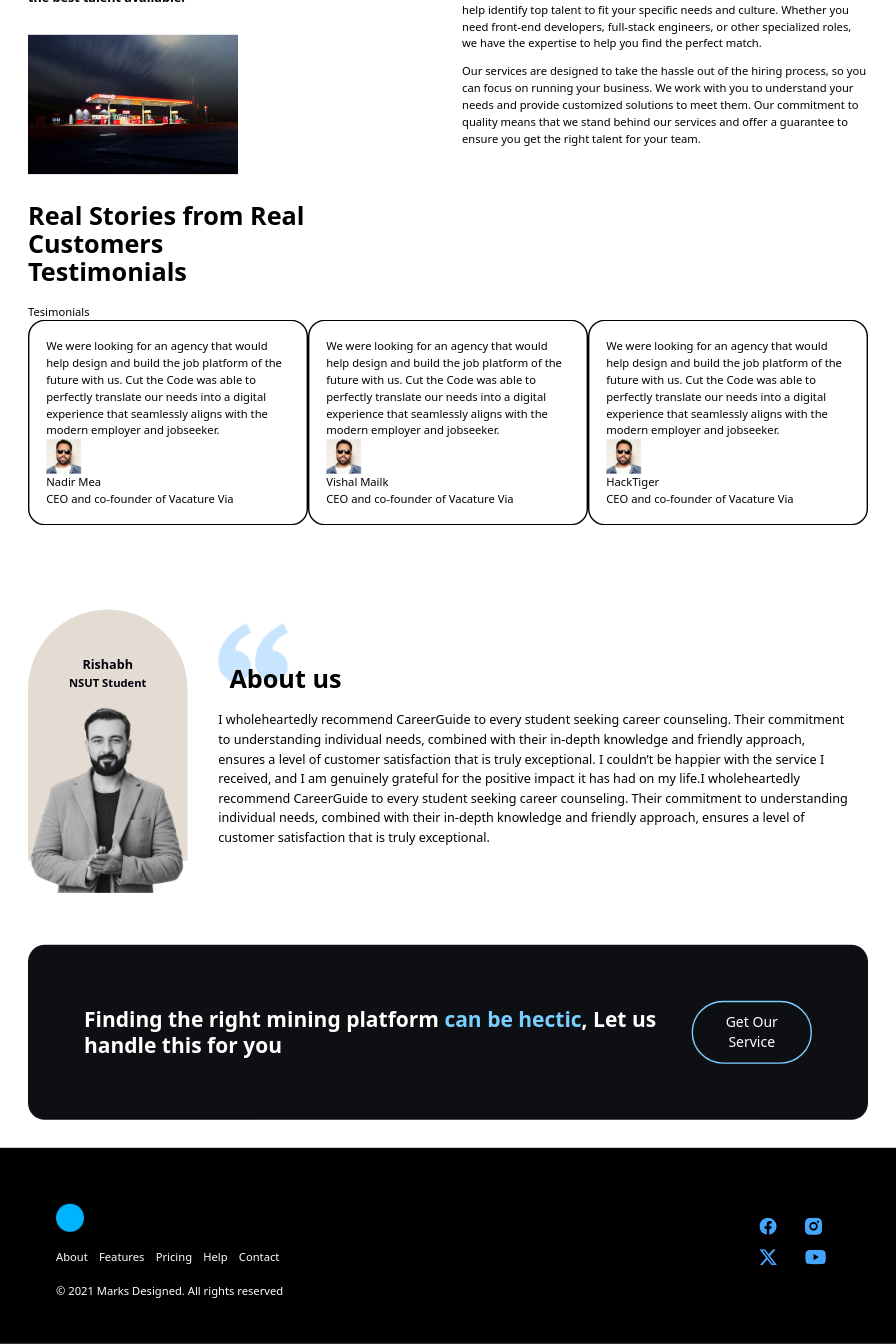
Repository: ayushtenguria/uniteksol
Page: /
These files come from the project's save history. The page is drawn as it stood at one moment and after the next save; the edit follows.
The browser window is 1280 px wide. The pictures show the part of the page from y = 1134 to 3054 px (the page is 3054 px tall before and 3014 px after), at 70% of full size.
The project was rebuilt for these pictures with package versions that can differ from the ones it lists, and the page was loaded fresh each time. The framework's server and built-in components were replaced by stand-ins that run in the browser. Also part of the build but not shown: next.config.mjs.

Above is the page before, as saved 2024-02-23 21:05:02.

### pages/index.js
import Image from "next/image";
import { Inter } from "next/font/google";
import Layout from "@/components/Layout";
import Hero from "@/components/Hero";
import CompanyLogos from "@/components/companyLogos";
import Story from "@/components/Story";
import ServiceBanner from "@/components/serviceBanner";
import About from "@/components/About";
import Testimonials from "@/components/Testimonials";

const inter = Inter({ subsets: ["latin"] });

export default function Home() {
  return (
    <Layout>
      <Hero></Hero>
      <CompanyLogos></CompanyLogos>
      <Story></Story>
      <Testimonials></Testimonials>
      <About></About>
      <ServiceBanner></ServiceBanner>
    </Layout>
  );
}

### styles/globals.css
@tailwind base;
@tailwind components;
@tailwind utilities;

/* 79CFFF */

.btn-blue{
  background-color: #79CFFF;
  border-radius: 50px;
  padding: 5px 10px;
  font-weight: 500;
  margin-left: 4px;
}

.btn-black{
  background-color: #333333;
  color: #79CFFF;
  border-radius: 50px;
  padding: 15px 40px;
  font-weight: 500;
}

.btn-blueht{
  background-color: #0E0F13;
  color: #ffffff;
  border-radius: 50px;
  border: 2px solid #79CFFF;
  padding: 15px 40px;
  font-weight: 500;
}

### components/Layout.js
import Footer from "./Footer";
import Nav from "./Nav";

export default function Layout({children}){
    return(
        <div className="">
            <Nav></Nav>
                {children}
            <Footer></Footer>
        </div>
    )
}

### components/Hero.js
import Image from "next/image";
import Card from "./Card";

export default function Hero() {
  return (
    <div className="flex gap-4 m-10 grid-cols-2 justify-between text-fontBlack">
      <div className="w-1/2">
        <div className="my-10">
          <h1 className="text-4xl font-bold mb-6">
            We build your dream house with our passion
          </h1>
          <p className="text-lg font-semibold mb-6">
            Our core goal is to respond to today's{" "}
            <span className="underline">dynamic marked</span> by equipping our
            customers with the digital tools they need to remain competitive,
            build their business, and empower the consumer experience.
          </p>
          <button className="btn-black text-lg">Learn More</button>
        </div>
        <div>
          <div className="flex gap-4">
            <Card bgColor={"landingGray"}>
              <span className="text-lg font-bold pb-2">362</span>
              <br></br>Lorem ipsum dolor amet, consectetur adipiscing elit.
              Faucibus in libero.Lorem ipsum dolor amet,
            </Card>
            <Card bgColor={"landingBlue"}>
              <span className="text-lg font-bold pb-2">178K+</span>
              <br></br>
              Lorem ipsum dolor amet, consectetur adipiscing elit. Faucibus in
              libero.Lorem ipsum dolor amet,
            </Card>
          </div>
          <div>
            <Card bgColor={"landingGray"}>
              <div className="flex">
                <span className="text-lg font-bold pb-2">Title</span>
                <br></br>Lorem ipsum dolor amet, consectetur adipiscing elit.
                Faucibus in libero.Lorem ipsum dolor amet,
                <Image src="/home.png" width={200} height={200}></Image>
              </div>
            </Card>
          </div>
        </div>
      </div>
      <div className="w-1/2">
        <Image
          src="/pump2.jpg"
          width={800}
          height={800}
          alt="Petrol pump image"
        ></Image>
      </div>
    </div>
  );
}

### components/Story.js
import Image from "next/image";

export default function Story() {
  return (
    <div className="m-10 mt-20">
        <div><h2 className="text-4xl font-bold pb-10">Our Story</h2></div>
      <div className="flex gap-10">
        <div className="w-1/2">
          <h4 className="text-lg font-semibold pb-10">
            Our extensive network of candidates ensures you have access to the
            best talent available.
          </h4>
          <Image src="/pump3.jpg" width={300} height={300}></Image>
        </div>
        <div className="w-1/2">
          <p className="mb-4">
            Looking to build a winning team? At Talent. we help businesses find
            the right talent to take their team to the next level. Our expert
            screening and network help identify top talent to fit your specific
            needs and culture. Whether you need front-end developers, full-stack
            engineers, or other specialized roles, we have the expertise to help
            you find the perfect match.
          </p>
          <p>
            Our services are designed to take the hassle out of the hiring
            process, so you can focus on running your business. We work with you
            to understand your needs and provide customized solutions to meet
            them. Our commitment to quality means that we stand behind our
            services and offer a guarantee to ensure you get the right talent
            for your team.
          </p>
        </div>
      </div>
    </div>
  );
}

### components/serviceBanner.js
export default function ServiceBanner(){
    return(
        <div className="bg-landingBlack m-10 text-white p-20 rounded-3xl flex justify-between items-center font-semibold">
            <div className="text-3xl mr-10">
                Finding the right mining platform <span className="text-landingBlue">can be hectic</span>, Let us handle this for you
            </div>
            <div>
                <button className="btn-blueht text-xl">Get Our Service</button>
            </div>
        </div>
    )
}

### components/About.js
import Image from "next/image";

export default function About(){
    return(
        <div className="flex m-10 py-20 gap-6">
            <div className="bg-[#E4DCD3] rounded-t-full">
                <div className="flex justify-center relative top-16">
                    <p className="text-[#00010D] font-semibold"><span className="font-semibold flex justify-center text-lg">Rishabh</span> NSUT Student</p>
                </div>

                <Image src="/Person.png" width={1400} height={1400} className="relative top-20"></Image>
            </div>
            <div className="m-5">
                <Image src='/quote.png' width={100} height={100} className="relative z-0"></Image>
                <h2 className="text-4xl font-bold relative z-30 bottom-6 ml-4">
                    About us
                </h2>
                <p className="text-lg font-medium">
                I wholeheartedly recommend CareerGuide to every student seeking career counseling. Their commitment to understanding individual needs, combined with their in-depth knowledge and friendly approach, ensures a level of customer satisfaction that is truly exceptional. I couldn’t be happier with the service I received, and I am genuinely grateful for the positive impact it has had on my life.I wholeheartedly recommend CareerGuide to every student seeking career counseling. Their commitment to understanding individual needs, combined with their in-depth knowledge and friendly approach, ensures a level of customer satisfaction that is truly exceptional.
                </p>
            </div>
        </div>
    )
}

### components/Testimonials.js
import { TESTIMONIALS } from "@/constants/constants";
import Image from "next/image";
import Card from "./Card";
import SimpleSlider from "./SimpleSlider";
import Slider from "./SimpleSlider";

export default function Testimonials(){
    return(
        <div className="m-10">
            <h1 className="w-1/3 text-4xl font-bold mb-6">
            Real Stories from Real Customers
Testimonials
            </h1>
            <p>Tesimonials</p>
            <SimpleSlider dots={false} noOfSlides={3}  >
                {TESTIMONIALS.map((t)=>(
                <div className="rounded-3xl p-4 border-2 border-black">
                    <div className="p-2">
                    <div>
                        {t.description}
                    </div>
                    <div>
                        <Image src={t.src} width={50} height={50}></Image>
                        <div>
                            <h3>{t.name}</h3>
                            <p>{t.designation}</p>
                        </div>
                    </div>
                    </div>
                </div>
            ))}
            </SimpleSlider>

        </div>
    )
}

### components/Footer.js
import { FOOTER_LINKS } from "@/constants/constants";
import Image from "next/image";
import Link from "next/link";
import Socials from "./Socials";

export default function Footer() {
  return (
    <div className="w-screen h-full bg-black text-white flex justify-between p-20 pb-16">
      <div>
        <Image
          src="/blue-dot.png"
          width={40}
          height={40}
          alt="logo of company"
        ></Image>
        <div className="flex gap-4 my-6">
          {FOOTER_LINKS.map((item) => (
            <Link href={item.href}>{item.label}</Link>
          ))}
        </div>
      <div>© 2021 Marks Designed. All rights reserved</div>
      </div>
      <div>
        <Socials></Socials>
      </div>
    </div>
  );
}

### components/Nav.js
import { NAV_LINKS } from "@/constants/constants";
import Image from "next/image";
import Link from "next/link";

export default function Nav() {
  return (
    <div className="flex justify-between m-10">
      <div>
        <Image
          src="/blue-dot.png"
          width={40}
          height={40}
          alt="logo of company"
        ></Image>
      </div>
      <div className="hidden h-full lg:flex">
        {NAV_LINKS.map((item) => (
          <Link href={item.href} key={item.key} className="p-4">
            {item.label}
          </Link>
        ))}
        <button className="btn-blue">Book an Appointment!</button>
      </div>

      <div className="inline-block cursor-pointer lg:hidden">
        <svg
          xmlns="http://www.w3.org/2000/svg"
          fill="none"
          viewBox="0 0 24 24"
          stroke-width="1.5"
          stroke="currentColor"
          class="w-8 h-8"
        >
          <path
            stroke-linecap="round"
            stroke-linejoin="round"
            d="M3.75 6.75h16.5M3.75 12h16.5m-16.5 5.25h16.5"
          />
        </svg>
      </div>
    </div>
  );
}

### components/Card.js
export default function Card({title,bgColor,children,textColor}){
    const bgColorClass = bgColor ? `bg-${bgColor}` : "bg-black";
    const textColorClass = textColor ? `text-${textColor}` : "text-black";
    return(
        // <div className={bgColorClass+" rounded-lg border-2 border-black p-4 my-2" + textColorClass}>
        <div className={`bg-landingGray rounded-3xl p-4 m-2`}>
            {children}
        </div>
    )
}

### constants/constants.js
export const NAV_LINKS = [
    { href: '/solution', key: 'solution', label: 'Our Solution' },
    { href: '/nocode', key: 'no_code', label: 'No-Code' },
    { href: '/projects', key: 'projects', label: 'Projects' },
    { href: '/about', key: 'about', label: 'About us' },
    { href: '/contact', key: 'contact', label: 'Contact' }
];

export const FOOTER_LINKS = [
    { href: '/about', key: 'about', label: 'About' },
    { href: '/features', key: 'features', label: 'Features' },
    { href: '/pricing', key: 'pricing', label: 'Pricing' },
    { href: '/help', key: 'help', label: 'Help' },
    { href: '/contact', key: 'contact', label: 'Contact' }
];

export const TESTIMONIALS = [
    { src:'/testi1.png',name: 'Nadir Mea', designation:'CEO and co-founder of Vacature Via', key: 'about', description: 'We were looking for an agency that would help design and build the job platform of the future with us. Cut the Code was able to perfectly translate our needs into a digital experience that seamlessly aligns with the modern employer and jobseeker.' },
    { src:'/testi1.png',name: 'Vishal Mailk', designation:'CEO and co-founder of Vacature Via', key: 'about', description: 'We were looking for an agency that would help design and build the job platform of the future with us. Cut the Code was able to perfectly translate our needs into a digital experience that seamlessly aligns with the modern employer and jobseeker.' },
    { src:'/testi1.png',name: 'HackTiger', designation:'CEO and co-founder of Vacature Via', key: 'about', description: 'We were looking for an agency that would help design and build the job platform of the future with us. Cut the Code was able to perfectly translate our needs into a digital experience that seamlessly aligns with the modern employer and jobseeker.' },
    { src:'/testi1.png',name: 'Rishabh', designation:'CEO and co-founder of Vacature Via', key: 'about', description: 'We were looking for an agency that would help design and build the job platform of the future with us. Cut the Code was able to perfectly translate our needs into a digital experience that seamlessly aligns with the modern employer and jobseeker.' },
    { src:'/testi1.png',name: 'Nadir Mea', designation:'CEO and co-founder of Vacature Via', key: 'about', description: 'We were looking for an agency that would help design and build the job platform of the future with us. Cut the Code was able to perfectly translate our needs into a digital experience that seamlessly aligns with the modern employer and jobseeker.' },
    { src:'/testi1.png',name: 'Nadir Mea', designation:'CEO and co-founder of Vacature Via', key: 'about', description: 'We were looking for an agency that would help design and build the job platform of the future with us. Cut the Code was able to perfectly translate our needs into a digital experience that seamlessly aligns with the modern employer and jobseeker.' },
    { src:'/testi1.png',name: 'Nadir Mea', designation:'CEO and co-founder of Vacature Via', key: 'about', description: 'We were looking for an agency that would help design and build the job platform of the future with us. Cut the Code was able to perfectly translate our needs into a digital experience that seamlessly aligns with the modern employer and jobseeker.' },
]

### components/SimpleSlider.js
import "slick-carousel/slick/slick.css";
import "slick-carousel/slick/slick-theme.css";

import React from "react";
import Slider from "react-slick";

export default function SimpleSlider({children,dots,noOfSlides}) {
    var settings = {
      dots: dots,
      infinite: true,
      speed: 500,
      slidesToShow: noOfSlides,
      slidesToScroll: 1,
      initialSlide: 0,
      arrows:false,
      // autoplay: true,
      // speed: 3000,
      // autoplaySpeed: 3000,
      draggable:true,
      swipe:true,
      responsive: [
        {
          breakpoint: 1024,
          settings: {
            slidesToShow: 2,
            slidesToScroll: 1,
            infinite: true,
            dots: true
          }
        },
        {
          breakpoint: 600,
          settings: {
            slidesToShow: 1,
            slidesToScroll: 1,
            initialSlide: 1
          }
        },
        {
          breakpoint: 480,
          settings: {
            slidesToShow: 1,
            slidesToScroll: 1
          }
        }
      ]
    };
    return (
      <div className="slider-container">
        <Slider {...settings}>
        {children}
        </Slider>
      </div>
    );
  }

### components/Socials.js
export default function Socials() {
  return (
    <div>
      <div className="flex gap-10 m-5">
        <svg
          width="25"
          height="25"
          viewBox="0 0 25 25"
          fill="none"
          xmlns="http://www.w3.org/2000/svg"
        >
          <path
            d="M12.1528 0C5.4408 0 0 5.4408 0 12.1528C0 18.2182 4.44427 23.2458 10.2545 24.1585V15.6649H7.16771V12.1528H10.2545V9.47552C10.2545 6.43004 12.0677 4.74809 14.8446 4.74809C16.1741 4.74809 17.5644 4.98507 17.5644 4.98507V7.97465H16.0332C14.5226 7.97465 14.0523 8.91163 14.0523 9.87292V12.1528H17.4222L16.8839 15.6649H14.0523V24.1585C19.8613 23.2471 24.3056 18.217 24.3056 12.1528C24.3056 5.4408 18.8648 0 12.1528 0Z"
            fill="#45A6FF"
          />
        </svg>
        <svg
          width="25"
          height="25"
          viewBox="0 0 25 25"
          fill="none"
          xmlns="http://www.w3.org/2000/svg"
        >
          <path
            d="M12.1528 0C15.4547 0 15.8667 0.0121527 17.1622 0.0729166C18.4564 0.133681 19.3375 0.336632 20.1128 0.638021C20.9149 0.946702 21.5906 1.36476 22.2663 2.03924C22.8843 2.64675 23.3624 3.38162 23.6675 4.19271C23.9677 4.96684 24.1719 5.84913 24.2326 7.1434C24.2898 8.43889 24.3056 8.85087 24.3056 12.1528C24.3056 15.4547 24.2934 15.8667 24.2326 17.1622C24.1719 18.4564 23.9677 19.3375 23.6675 20.1128C23.3633 20.9244 22.885 21.6594 22.2663 22.2663C21.6586 22.8841 20.9238 23.3622 20.1128 23.6675C19.3387 23.9677 18.4564 24.1719 17.1622 24.2326C15.8667 24.2898 15.4547 24.3056 12.1528 24.3056C8.85087 24.3056 8.43889 24.2934 7.1434 24.2326C5.84913 24.1719 4.96806 23.9677 4.19271 23.6675C3.3813 23.3631 2.6463 22.8848 2.03924 22.2663C1.42115 21.6589 0.942972 20.924 0.638021 20.1128C0.336632 19.3387 0.133681 18.4564 0.0729166 17.1622C0.0157985 15.8667 0 15.4547 0 12.1528C0 8.85087 0.0121527 8.43889 0.0729166 7.1434C0.133681 5.84792 0.336632 4.96806 0.638021 4.19271C0.942127 3.38112 1.42042 2.64605 2.03924 2.03924C2.64648 1.42094 3.38142 0.942727 4.19271 0.638021C4.96806 0.336632 5.84792 0.133681 7.1434 0.0729166C8.43889 0.0157985 8.85087 0 12.1528 0ZM12.1528 6.07639C10.5412 6.07639 8.99567 6.71658 7.85612 7.85612C6.71658 8.99567 6.07639 10.5412 6.07639 12.1528C6.07639 13.7643 6.71658 15.3099 7.85612 16.4494C8.99567 17.589 10.5412 18.2292 12.1528 18.2292C13.7643 18.2292 15.3099 17.589 16.4494 16.4494C17.589 15.3099 18.2292 13.7643 18.2292 12.1528C18.2292 10.5412 17.589 8.99567 16.4494 7.85612C15.3099 6.71658 13.7643 6.07639 12.1528 6.07639ZM20.0521 5.77257C20.0521 5.36968 19.892 4.98329 19.6072 4.69841C19.3223 4.41352 18.9359 4.25347 18.533 4.25347C18.1301 4.25347 17.7437 4.41352 17.4588 4.69841C17.1739 4.98329 17.0139 5.36968 17.0139 5.77257C17.0139 6.17546 17.1739 6.56185 17.4588 6.84673C17.7437 7.13162 18.1301 7.29167 18.533 7.29167C18.9359 7.29167 19.3223 7.13162 19.6072 6.84673C19.892 6.56185 20.0521 6.17546 20.0521 5.77257ZM12.1528 8.50695C13.1197 8.50695 14.047 8.89106 14.7308 9.57479C15.4145 10.2585 15.7986 11.1858 15.7986 12.1528C15.7986 13.1197 15.4145 14.047 14.7308 14.7308C14.047 15.4145 13.1197 15.7986 12.1528 15.7986C11.1858 15.7986 10.2585 15.4145 9.57479 14.7308C8.89106 14.047 8.50695 13.1197 8.50695 12.1528C8.50695 11.1858 8.89106 10.2585 9.57479 9.57479C10.2585 8.89106 11.1858 8.50695 12.1528 8.50695Z"
            fill="#45A6FF"
          />
        </svg>
      </div>
      <div className="flex gap-10 m-5">
        <svg
          width="25"
          height="23"
          viewBox="0 0 25 23"
          fill="none"
          xmlns="http://www.w3.org/2000/svg"
        >
          <path
            d="M19.5234 0H23.3259L15.0207 9.5169L24.7917 22.4674H17.1419L11.1501 14.6116L4.29361 22.4674H0.489635L9.3728 12.2874L0 0H7.84501L13.2604 7.17874L19.5234 0ZM18.1909 20.1866H20.2982L6.6984 2.16152H4.43926L18.1909 20.1866Z"
            fill="#45A6FF"
          />
        </svg>
        <svg
          width="30"
          height="22"
          viewBox="0 0 30 22"
          fill="none"
          xmlns="http://www.w3.org/2000/svg"
        >
          <path
            d="M12.2356 15.5277L19.8044 11.1527L12.2356 6.77767V15.5277ZM29.094 4.10892C29.2836 4.79434 29.4148 5.71309 29.5023 6.87975C29.6044 8.04642 29.6481 9.05267 29.6481 9.92767L29.7356 11.1527C29.7356 14.3464 29.5023 16.6943 29.094 18.1964C28.7294 19.5089 27.8836 20.3548 26.5711 20.7193C25.8856 20.9089 24.6315 21.0402 22.7065 21.1277C20.8106 21.2298 19.0752 21.2735 17.4711 21.2735L15.1523 21.361C9.04189 21.361 5.23564 21.1277 3.73355 20.7193C2.42105 20.3548 1.57522 19.5089 1.21064 18.1964C1.02105 17.511 0.889803 16.5923 0.802303 15.4256C0.70022 14.2589 0.65647 13.2527 0.65647 12.3777L0.56897 11.1527C0.56897 7.95892 0.802303 5.611 1.21064 4.10892C1.57522 2.79642 2.42105 1.95059 3.73355 1.586C4.41897 1.39642 5.67314 1.26517 7.59814 1.17767C9.49397 1.07559 11.2294 1.03184 12.8336 1.03184L15.1523 0.944336C21.2627 0.944336 25.069 1.17767 26.5711 1.586C27.8836 1.95059 28.7294 2.79642 29.094 4.10892Z"
            fill="#45A6FF"
          />
        </svg>
      </div>
    </div>
  );
}

Loaded but not shown: pages/_app.js (common file); pages/_document.js (common file); components/companyLogos.js (library); tailwind.config.js (common file)

After the next save:
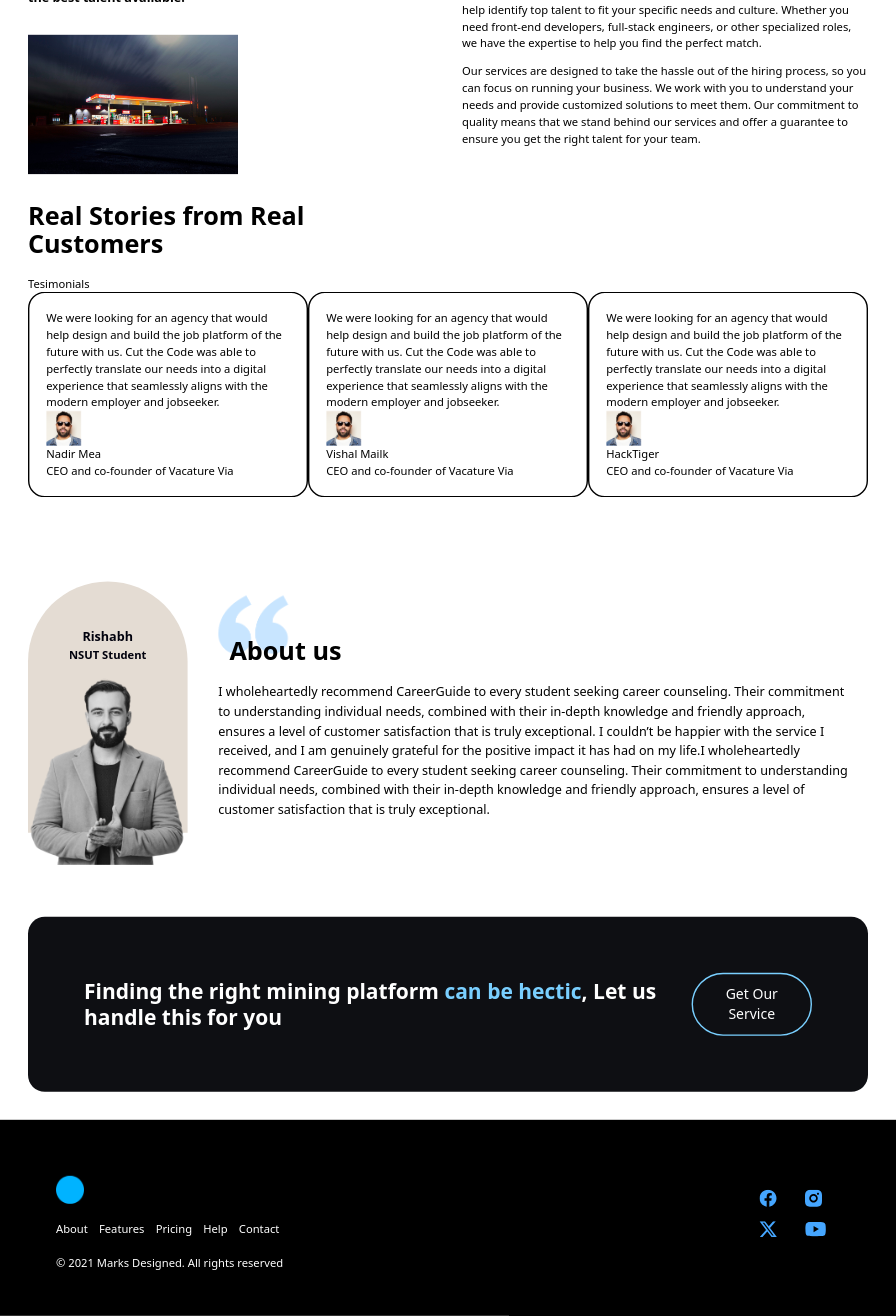
Saved 30 s later.
--- a/components/Testimonials.js
+++ b/components/Testimonials.js
@@ -9,7 +9,6 @@
         <div className="m-10">
             <h1 className="w-1/3 text-4xl font-bold mb-6">
             Real Stories from Real Customers
-Testimonials
             </h1>
             <p>Tesimonials</p>
             <SimpleSlider dots={false} noOfSlides={3}  >
